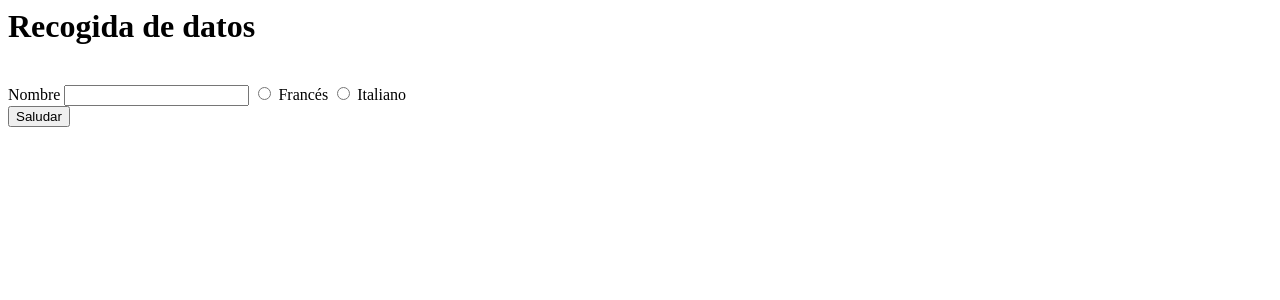
Repository: juvaga2000/eclipsetemp
Page: EjerciciosT1/src/main/webapp/WEB-INF/ejer3.html
The author's editor kept a copy of each file at every save. The page is drawn from the files as they stood at one save, then again after the next save.
The browser window is 1280 px wide. The pictures show the whole page.

Above is the page before, as saved 2022-10-03 11:50:35.

### EjerciciosT1/src/main/webapp/WEB-INF/ejer3.html
<html>
<head>
<meta charset="ISO-8859-1">
<title>Insert title here</title>
</head>
<body>
	<h1>Recogida de datos</h1>
	<br>
	<form action="ejer1HolaMundo" method="post">
		Nombre <input type="text" name="nombre" value=""> <input
			type="radio" name="idioma" value="france"> Francés <input
			type="radio" name="idioma" value="italy"> Italiano <br>
		<input type="submit" name="button1" value="Saludar" />
	</form>
</body>
</html>

After the next save:
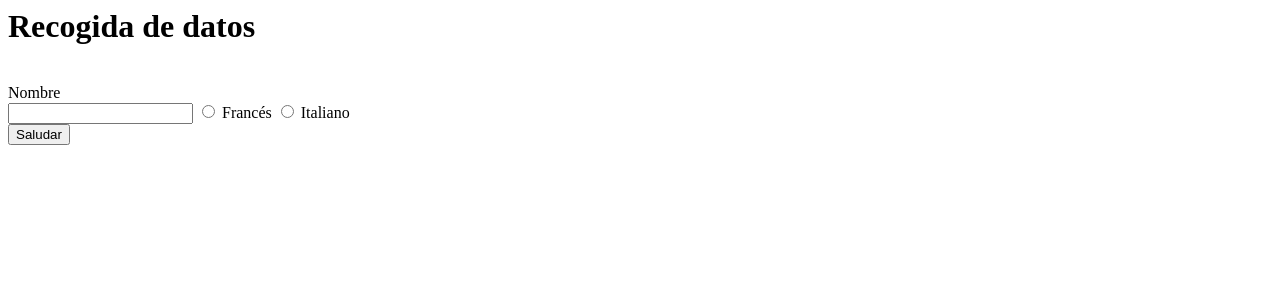
Saved 7 s later.
--- a/EjerciciosT1/src/main/webapp/WEB-INF/ejer3.html
+++ b/EjerciciosT1/src/main/webapp/WEB-INF/ejer3.html
@@ -7,7 +7,8 @@
 	<h1>Recogida de datos</h1>
 	<br>
 	<form action="ejer1HolaMundo" method="post">
-		Nombre <input type="text" name="nombre" value=""> <input
+		Nombre<br>
+		<input type="text" name="nombre" value=""> <input
 			type="radio" name="idioma" value="france"> Francés <input
 			type="radio" name="idioma" value="italy"> Italiano <br>
 		<input type="submit" name="button1" value="Saludar" />
